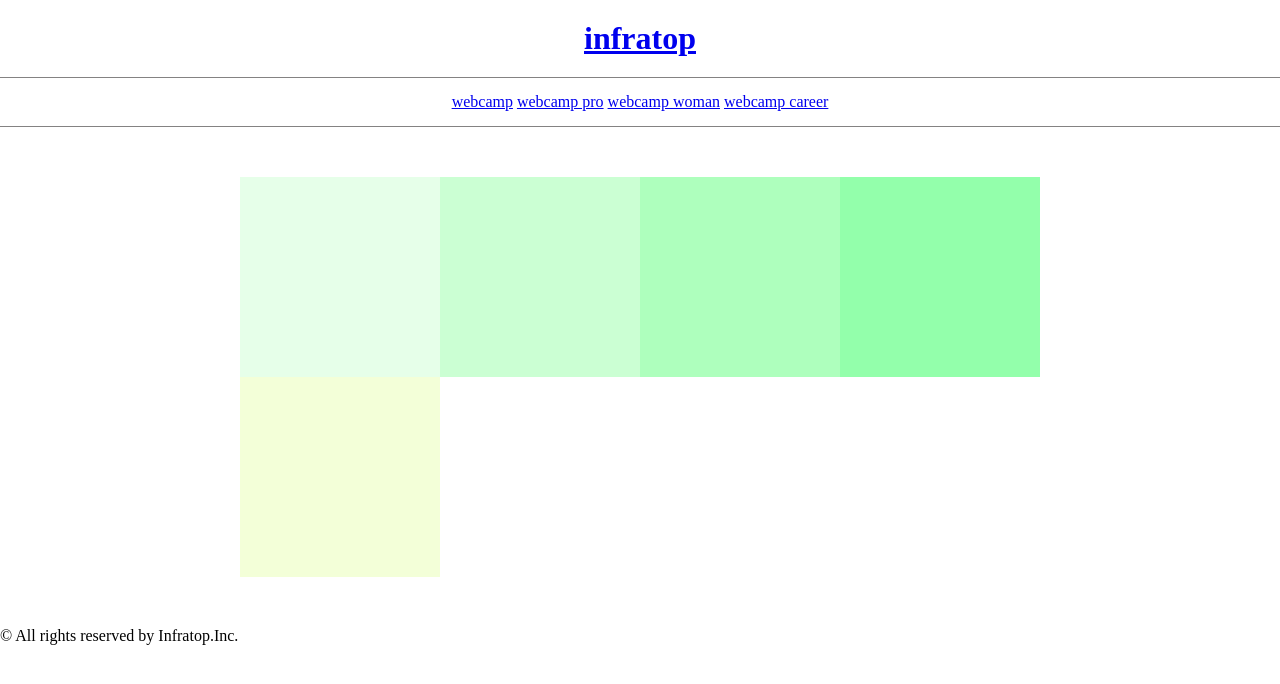
Repository: katayama-Web/html-practice
Page: chapter5_exsersize/chapter5_exesersize.html
The author's editor kept a record of every edit. The page is drawn from the files as they stood at one moment, then again after the next edit.
The browser window is 1280 px wide. The pictures show the whole page.

Above is the page before.

### chapter5_exsersize/chapter5_exesersize.html
<!DOCTYPE html>
<html lang="ja">
  <head>
    <meta charset="UTF-8"/>
    <link rel="stylesheet" href="chapter5_exsersize.css"/>
    <title>infratop</title>
  </head>

  <body>
     <!--header-->
    <header>
      <h1 class="heading">
        <a href="chapter5_exesersize.html">
          infratop
        </a>
      </h1>
    </header>

     <!--navigation-->
    <nav>
      <ul class="nav-list">
        <li class="nav-list-item">
          <a href=chapter5_exesersize.html>webcamp</a>
          <a href=chapter5_exesersize.html>webcamp pro</a>
          <a href=chapter5_exesersize.html>webcamp woman</a>
          <a href=chapter5_exesersize.html>webcamp career</a>
        </li>

      </ul>
    </nav>

    <!--mainvisua用のdivl-->
    <div class="main-visual">
      <div class="main-visual-content"></div>
    </div>

    <!--main用のdiv-->
    <div class="main">
      <div class="box1"></div>
      <div class="box2"></div>
      <div class="box3"></div>
      <div class="box4"></div>
      <div class="box5"></div>
      <div class="box6"></div>
      <div class="box7"></div>
      <div class="box8"></div>
      <div class="box9"></div>
      <div class="box10"></div>
      <div class="box11"></div>
      <div class="box12"></div>
    </div>

    <!--footer-->
    <footer>
      <p class="footer-text">© All rights reserved by Infratop.Inc.</p>
    </footer>

  </body>

### chapter5_exsersize/chapter5_exsersize.css
* {
  margin: 0;
  padding: 0;
  box-sizing: border-box;
}

header {
  width: 100%;
  padding: 20px 0;
  text-align: center;
}

.nav-list {
  text-align: center;
  padding: 15px 0;
  margin: 0 auto;
  border-bottom: 1px solid #848282;
  border-top: 1px solid #848282;
}

.nav-list-item {
  list-style: none;
  display: inline-block;
  margin: 0 20px;
}

.main {
  width: 800px;
  margin: 50px auto;
  display: flex;
  flex-wrap: wrap;
}

.box1 {
  width: 200px;
  height: 200px;
  background-color: #e6ffe9;
}

.box2 {
  width: 200px;
  height: 200px;
  background-color: #cbffd3;
}

.box3 {
  width: 200px;
  height: 200px;
  background-color: #aeffbd;
}

.box4 {
  width: 200px;
  height: 200px;
  background-color: #93ffab;
}

.box5 {
  width: 200px;
  height: 200px;
  background-color: #f3ffd8;
}

.box6 {
  width: 200px;
  height: 200px;
  background-color: #;
}

After the next edit:
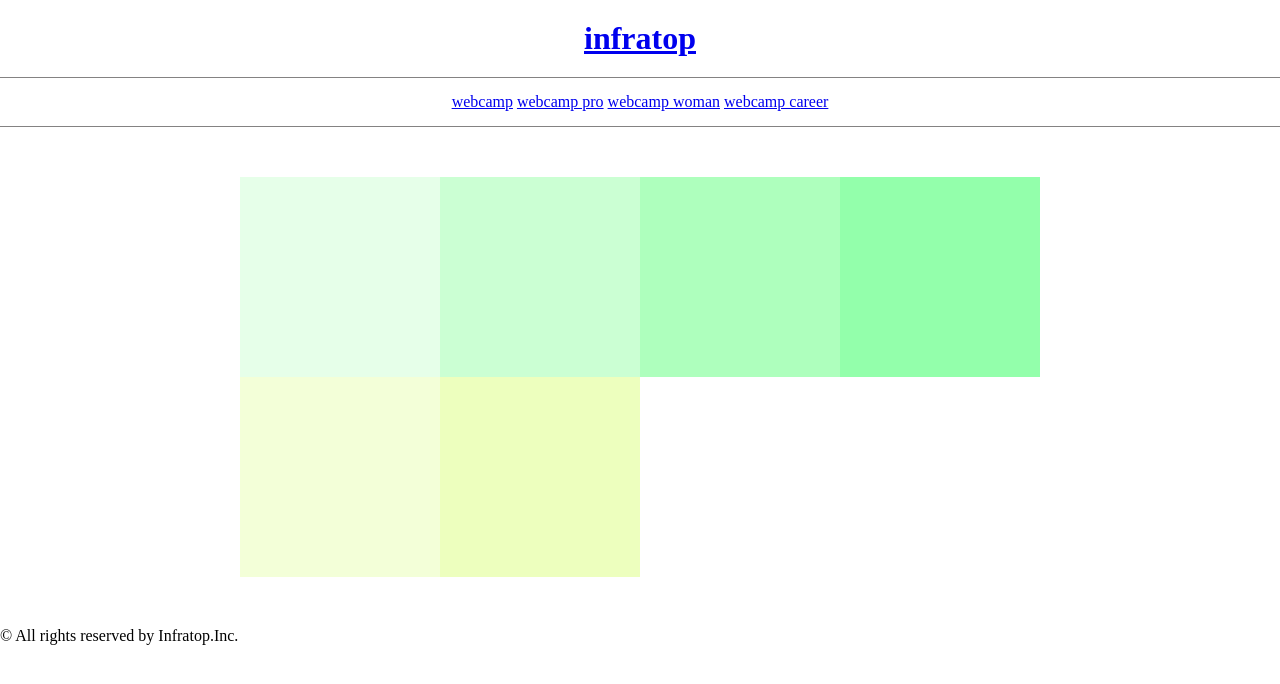
The edit:
--- a/chapter5_exsersize/chapter5_exsersize.css
+++ b/chapter5_exsersize/chapter5_exsersize.css
@@ -64,5 +64,11 @@
 .box6 {
   width: 200px;
   height: 200px;
+  background-color: #edffbe;
+}
+
+.box7 {
+  width: 200px;
+  height: 200px;
   background-color: #;
 }
